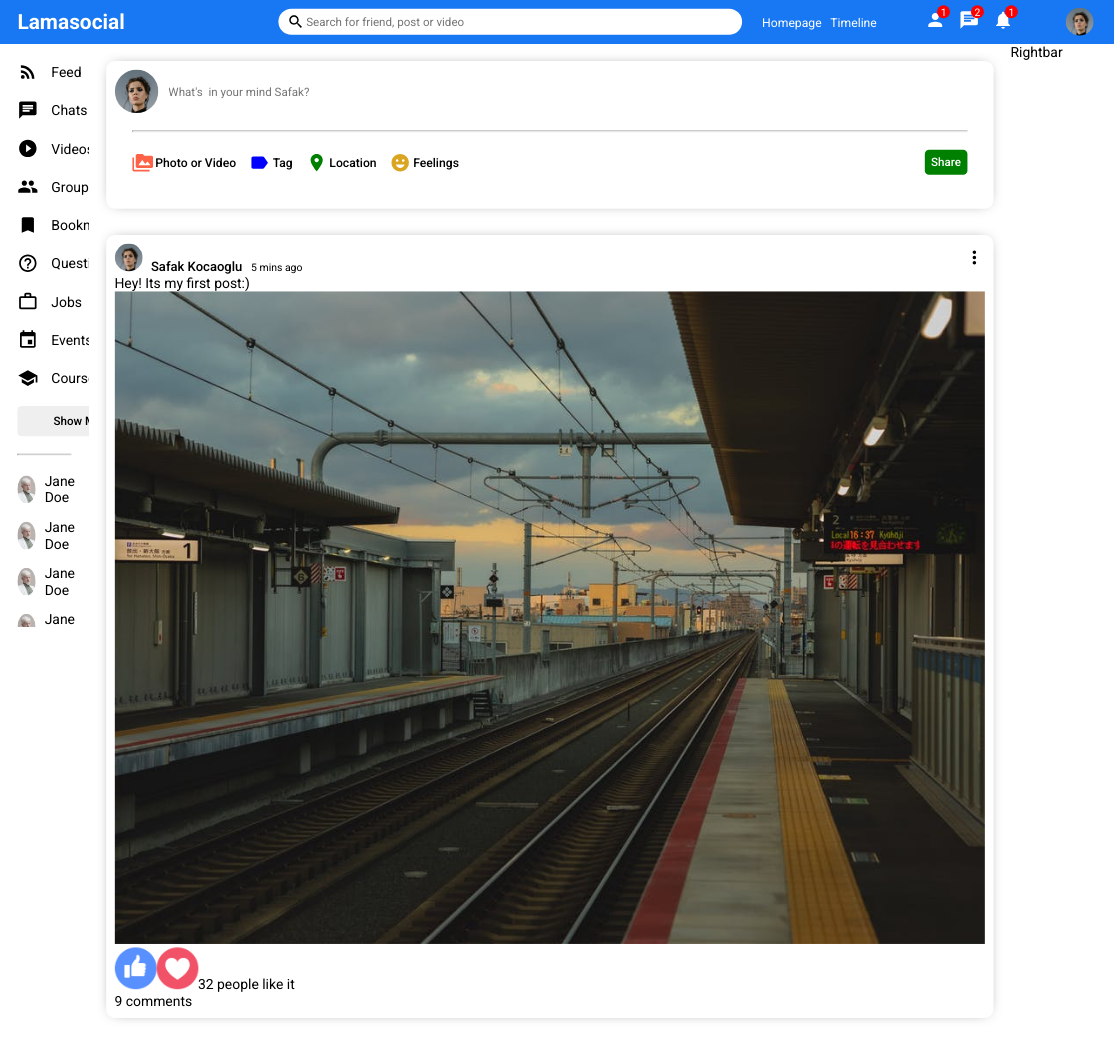
Repository: nazlinres01/react-social
Page: / (app in client/)
These files come from the project's save history. The page is drawn as it stood at one moment and after the next save; the edit follows.
The browser window is 1280 px wide. The pictures show the whole page, at 87% of full size.
The project was rebuilt for these pictures with package versions that can differ from the ones it lists, and the page was loaded fresh each time.

Above is the page before, as saved 2024-06-13 11:33:02.

### client/public/index.html
<!DOCTYPE html>
<html lang="en">

<head>
  <meta charset="utf-8" />
  <meta name="viewport" content="width=device-width, initial-scale=1" />
  <meta name="description" content="Web site created using create-react-app" />
  <link
    href="https://fonts.googleapis.com/css2?family=Roboto:ital,wght@0,100;0,300;0,400;0,500;0,700;0,900;1,100;1,300;1,400;1,500;1,700;1,900&display=swap"
    rel="stylesheet">
    <link rel="stylesheet" href="style.css">
  <title>Social App</title>
</head>

<body>
  <noscript>You need to enable JavaScript to run this app.</noscript>
  <div id="root"></div>
</body>

</html>

### client/src/App.js
import Home from "./pages/home/Home";

function App() {
  return <Home />
}

export default App;

### client/src/pages/home/Home.jsx
import Feed from "../../components/feed/Feed";
import Rightbar from "../../components/rightbar/Rightbar";
import Sidebar from "../../components/sidebar/Sidebar";
import Topbar from "../../components/topbar/Topbar";
import "./home.css"

export default function Home() {
    return (
        <>
            <Topbar />
            <div className="homeContainer">
                <Sidebar />
                <Feed />
                <Rightbar />

            </div>

        </>
    );
}

### client/src/components/feed/Feed.jsx
import Post from "../post/Post"
import Share from "../share/Share"
import "./feed.css"

export default function Feed() {
    return (
        <div className="feed">
            <div className="feedWrapper">
                <Share />
                <Post />

            </div>
        </div>
    )
}

### client/src/components/rightbar/Rightbar.jsx
import "./rightbar.css"

export default function Rightbar() {
    return (
        <div className="rightbar">
            Rightbar</div>
    )
}

### client/src/components/sidebar/Sidebar.jsx
import "./sidebar.css"
import { Bookmark, Chat, Event, Group, HelpOutline, PlayCircleFilledOutlined, RssFeed, School, WorkOutline } from "@material-ui/icons"

export default function Sidebar() {
    return (
        <div className="sidebar">
            <div className="sidebarWrapper">
                <ul className="sidebarList">
                    <li className="sidebarListItem">
                        <RssFeed className="sidebarIcon" />
                        <span className="sidebarListItemText">Feed</span>
                    </li>
                    <li className="sidebarListItem">
                        <Chat className="sidebarIcon" />
                        <span className="sidebarListItemText">Chats</span>
                    </li>
                    <li className="sidebarListItem">
                        <PlayCircleFilledOutlined className="sidebarIcon" />
                        <span className="sidebarListItemText">Videos</span>
                    </li>
                    <li className="sidebarListItem">
                        <Group className="sidebarIcon" />
                        <span className="sidebarListItemText">Groups</span>
                    </li>
                    <li className="sidebarListItem">
                        <Bookmark className="sidebarIcon" />
                        <span className="sidebarListItemText">Bookmarks</span>
                    </li>
                    <li className="sidebarListItem">
                        <HelpOutline className="sidebarIcon" />
                        <span className="sidebarListItemText">Questions</span>
                    </li>
                    <li className="sidebarListItem">
                        <WorkOutline className="sidebarIcon" />
                        <span className="sidebarListItemText">Jobs</span>
                    </li>
                    <li className="sidebarListItem">
                        <Event className="sidebarIcon" />
                        <span className="sidebarListItemText">Events</span>
                    </li>
                    <li className="sidebarListItem">
                        <School className="sidebarIcon" />
                        <span className="sidebarListItemText">Courses</span>
                    </li>
                </ul>
                <button className="sidebarButton">Show More</button>
                <hr className="sidebarHr" />
                <ul className="sidebarFriendList">
                    <li className="sidebarFriend">
                        <img className="sidebarFriendImg" src="/assets/person/2.jpeg" alt="" />
                        <span className="sidebarFriendName">Jane Doe</span>
                    </li>
                    <li className="sidebarFriend">
                        <img className="sidebarFriendImg" src="/assets/person/2.jpeg" alt="" />
                        <span className="sidebarFriendName">Jane Doe</span>
                    </li>
                    <li className="sidebarFriend">
                        <img className="sidebarFriendImg" src="/assets/person/2.jpeg" alt="" />
                        <span className="sidebarFriendName">Jane Doe</span>
                    </li>
                    <li className="sidebarFriend">
                        <img className="sidebarFriendImg" src="/assets/person/2.jpeg" alt="" />
                        <span className="sidebarFriendName">Jane Doe</span>
                    </li>
                    <li className="sidebarFriend">
                        <img className="sidebarFriendImg" src="/assets/person/2.jpeg" alt="" />
                        <span className="sidebarFriendName">Jane Doe</span>
                    </li>
                    <li className="sidebarFriend">
                        <img className="sidebarFriendImg" src="/assets/person/2.jpeg" alt="" />
                        <span className="sidebarFriendName">Jane Doe</span>
                    </li>
                    <li className="sidebarFriend">
                        <img className="sidebarFriendImg" src="/assets/person/2.jpeg" alt="" />
                        <span className="sidebarFriendName">Jane Doe</span>
                    </li>
                    <li className="sidebarFriend">
                        <img className="sidebarFriendImg" src="/assets/person/2.jpeg" alt="" />
                        <span className="sidebarFriendName">Jane Doe</span>
                    </li>
                    <li className="sidebarFriend">
                        <img className="sidebarFriendImg" src="/assets/person/2.jpeg" alt="" />
                        <span className="sidebarFriendName">Jane Doe</span>
                    </li>
                    <li className="sidebarFriend">
                        <img className="sidebarFriendImg" src="/assets/person/2.jpeg" alt="" />
                        <span className="sidebarFriendName">Jane Doe</span>
                    </li>
                    <li className="sidebarFriend">
                        <img className="sidebarFriendImg" src="/assets/person/2.jpeg" alt="" />
                        <span className="sidebarFriendName">Jane Doe</span>
                    </li>
                    <li className="sidebarFriend">
                        <img className="sidebarFriendImg" src="/assets/person/2.jpeg" alt="" />
                        <span className="sidebarFriendName">Jane Doe</span>
                    </li>
                    <li className="sidebarFriend">
                        <img className="sidebarFriendImg" src="/assets/person/2.jpeg" alt="" />
                        <span className="sidebarFriendName">Jane Doe</span>
                    </li>
                </ul>
            </div>
        </div>
    )
}

### client/src/components/topbar/Topbar.jsx
import "./topbar.css"
import { Search, Person, Chat, Notifications } from "@material-ui/icons"

export default function Topbar() {
  return (
    <div className="topbarContainer">
      <div className="topbarLeft">
        <span className="logo">Lamasocial</span>
      </div>
      <div className="topbarCenter">
        <div className="searchbar">
          <Search className="searchIcon" />
          <input placeholder="Search for friend, post or video" className="searchInput" />
        </div>
      </div>
      <div className="topbarRight">
        <div className="topbarLinks">
          <span className="topbarLink">Homepage</span>
          <span className="topbarLink">Timeline</span>
        </div>
        <div className="topbarIcons">
          <div className="topbarIconItem">
            <Person />
            <span className="topbarIconBadge">1</span>
          </div>
          <div className="topbarIconItem">
            <Chat />
            <span className="topbarIconBadge">2</span>
          </div>
          <div className="topbarIconItem">
            <Notifications />
            <span className="topbarIconBadge">1</span>
          </div>
        </div>
        <img src="/assets/person/1.jpeg" alt="" className="topbarImg" />
      </div>

    </div>
  )
}

### client/src/components/post/Post.jsx
import { MoreVert } from "@material-ui/icons"
import "./post.css"

export default function Post() {
    return (
        <div className="post">
            <div className="postWrapper">
                <div className="postTop">
                    <div className="postTopLeft">
                        <img src="/assets/person/1.jpeg" alt="" className="postProfileImg" />
                        <span className="postUsername">Safak Kocaoglu</span>
                        <span className="postDate">5 mins ago</span>

                    </div>
                    <div className="postTopRight">
                        <MoreVert />
                    </div>

                </div>
                <div className="postCenter">
                    <span className="postText">Hey! Its my first post:)</span>
                    <img className="postImg" src="assets/post/1.jpeg" alt="" />
                </div>
                <div className="postBottom">
                    <div className="postBottomLeft">
                        <img className="likeIcon" src="assets/like.png" alt="" />
                        <img className="likeIcon" src="assets/heart.png" alt="" />
                        <span className="postLikeCounter">32 people like it</span>
                    </div>
                    <div className="postBottomRight">
                        <span className="postCommentText">9 comments</span>
                    </div>

                </div>

            </div>

        </div>
    )
}

### client/src/components/share/Share.jsx
import "./share.css";
import { PermMedia, Label, Room, EmojiEmotions } from "@material-ui/icons";

export default function Share() {
    return (
        <div className="share">
            <div className="shareWrapper">
                <div className="shareTop">
                    <img src="/assets/person/1.jpeg" alt="" className="shareProfileImg" />
                    <input placeholder="What's  in your mind Safak?" className="shareInput" />
                </div>
                <hr className="shareHr" />
                <div className="shareBottom">
                    <div className="shareOptions">
                        <div className="shareOption">
                            <PermMedia htmlColor="tomato" className="shareIcon" />
                            <span className="shareOptionText">Photo or Video</span>
                        </div>
                        <div className="shareOption">
                            <Label htmlColor="blue" className="shareIcon" />
                            <span className="shareOptionText">Tag</span>
                        </div>
                        <div className="shareOption">
                            <Room htmlColor="green" className="shareIcon" />
                            <span className="shareOptionText">Location</span>
                        </div>
                        <div className="shareOption">
                            <EmojiEmotions htmlColor="goldenrod" className="shareIcon" />
                            <span className="shareOptionText">Feelings</span>
                        </div>
                    </div>
                    <button className="shareButton">Share</button>
                </div>
            </div>
        </div>
    )
}

### client/src/components/rightbar/rightbar.css
.rightbar {
    flex: 3.5;
}

### client/src/components/sidebar/sidebar.css
.sidebar {
    flex: 3;
    height: calc(100vh - 50px);
    overflow-y: scroll;
}

::-webkit-scrollbar {
    width: 5px;
}

::-webkit-scrolbar-track {
    background-color: #f1f1f1;
}

::-webkit-scrollbar-thumb {
    background-color: rgb(179, 179, 179);
}

.sidebarWrapper {
    padding: 20px;
}

.sidebarList {
    padding: 0;
    margin: 0;
    list-style: none;
}

.sidebarListItem {
    display: flex;
    align-items: center;
    margin-bottom: 20px;
}

.sidebarIcon {
    margin-right: 15px;
}

.sidebarButton {
    width: 150px;
    border: none;
    padding: 10px;
    border-radius: 5px;
    font-weight: 500;
}

.sidebarHr {
    margin: 20px 0;
}

.sidebarFriendList {
    padding: 0;
    margin: 0;
    list-style: none;
}

.sidebarFriend {
    display: flex;
    align-items: center;
    margin-bottom: 15px;
}

.sidebarFriendImg {
    width: 32px;
    height: 32px;
    border-radius: 50%;
    object-fit: cover;
    margin-right: 10px;
}

### client/src/components/topbar/topbar.css
.topbarContainer {
    height: 50px;
    width: 100%;
    background-color: #1877f2;
    display: flex;
    align-items: center;
    position: sticky;
    top: 0;
}

.topbarLeft {
    flex: 3;
}

.logo {
    font-size: 24px;
    margin-left: 20px;
    font-weight: bold;
    color: white;
    cursor: pointer;
}

.topbarCenter {
    flex: 5;
}

.searchbar {
    width: 100%;
    height: 30px;
    background-color: white;
    border-radius: 30px;
    display: flex;
    align-items: center;
}

.searchIcon {
    font-size: 20px !important;
    margin-left: 10px;
}

.searchInput {
    border: none;
    width: 70%;
}

.searchInput:focus {
    outline: none;
}

.topbarRight {
    flex: 4;
    display: flex;
    align-items: center;
    justify-content: space-around;
    color: white;
}

.topbarLink {
    margin-right: 10px;
    font-size: 14px;
    cursor: pointer;
}

.topbarIcons {
    display: flex;
}

.topbarIconItem {
    margin-right: 15px;
    cursor: pointer;
    position: relative;

}

.topbarIconBadge {
    width: 15px;
    height: 15px;
    background-color: red;
    border-radius: 50%;
    color: white;
    position: absolute;
    top: -5px;
    right: -5px;
    display: flex;
    align-items: center;
    justify-content: center;
    font-size: 12px;
}

.topbarImg {
    width: 32px;
    height: 32px;
    border-radius: 50%;
    object-fit: cover;
    cursor: pointer;
}

### client/src/components/post/post.css
.post {
    width: 100%;
    border-radius: 10px;
    -webkit-box-shdow: 0px 0px 16px -8px rgba(0, 0, 0, 0.68);
    box-shadow: 0px 0px 16px -8px rgba(0, 0, 0, 0.68);
    margin: 30px 0;
}

.postWrapper {
    padding: 10px;
}

.postTop {
    display: flex;
    align-items: center;
    justify-content: space-between;
}

.portTopLeft {
    display: flex;
    align-items: center;
}

.postProfileImg {
    width: 32px;
    height: 32px;
    border-radius: 50%;
    object-fit: cover;
}

.postUsername {
    font-size: 15px;
    font-weight: 500;
    margin: 0 10px;
}

.postDate {
    font-size: 12px;
}

### client/src/components/share/share.css
.share {
    width: 100%;
    height: 170px;
    border-radius: 10px;
    -webkit-box-shdow: 0px 0px 16px -8px rgba(0, 0, 0, 0.68);
    box-shadow: 0px 0px 16px -8px rgba(0, 0, 0, 0.68);
}

.shareWrapper {
    padding: 10px;
}

.shareTop {
    display: flex;
    align-items: center;
}

.shareProfileImg {
    width: 50px;
    height: 50px;
    border-radius: 50%;
    object-fit: cover;
    margin-right: 10px;
}

.shareInput {
    border: none;
    width: 80%;
}

.shareInput:focus {
    outline: none;
}

.shareHr {
    margin: 20px;
}

.shareBottom {
    display: flex;
    align-items: center;
    justify-content: space-between;
}

.shareOptions {
    display: flex;
    margin-left: 20px;
}

.shareOption {
    display: flex;
    align-items: center;
    margin-right: 15px;
    cursor: pointer;
}

.shareIcon {
    font-size: 18px;
    margin-right: 3px
}

.shareOptionText {
    font-size: 14px;
    font-weight: 500;
}

.shareButton {
    border: none;
    padding: 7px;
    border-radius: 5px;
    background-color: green;
    font-weight: 500;
    margin-right: 20px;
    cursor: pointer;
    color: white;
}

Loaded but not shown: client/src/index.js (common file); client/src/pages/home/home.css (common file); client/src/components/feed/feed.css (common file); client/public/style.css (common file)

After the next save:
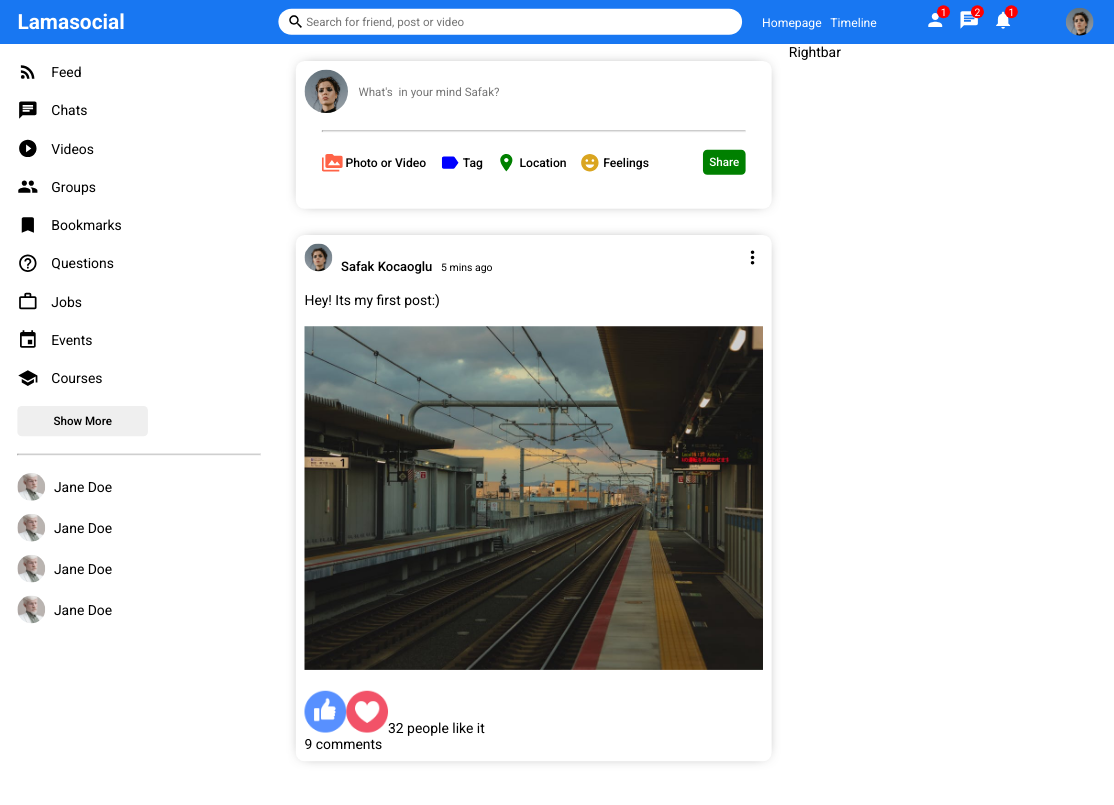
Saved 71 s later.
--- a/client/src/components/post/post.css
+++ b/client/src/components/post/post.css
@@ -37,3 +37,12 @@
 .postDate {
     font-size: 12px;
 }
+
+.postCenter {
+    margin: 20px 0;
+}
+
+.postImg {
+    margin-top: 20px;
+    width: 100%;
+}
